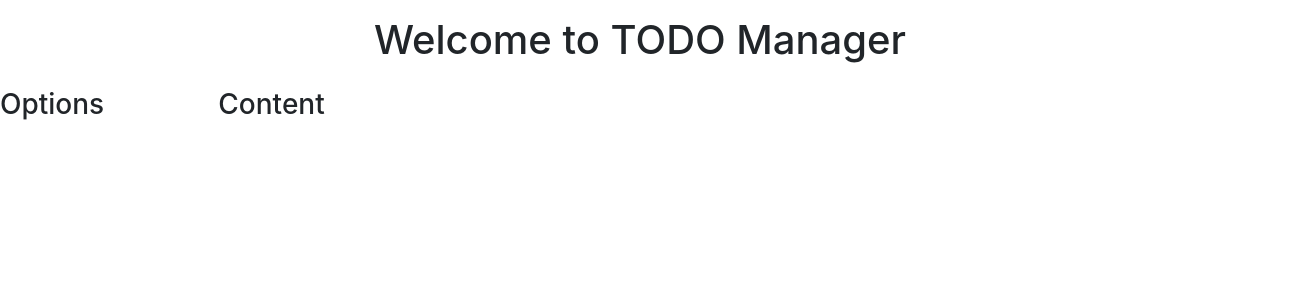
Repository: HarshViijay/spring-boot
Page: http://localhost/springmvcnew/home
These files come from the project's save history. The page is drawn as it stood at one moment and after the next save; the edit follows.
The browser window is 1280 px wide. The page is 1295 px wide, so the pictures cover 1295 px, including what lies to the right of the window. The pictures show the whole page.
Some web libraries are served in a nearby version. The page is served by Tomcat 9. Other server files are loaded and not shown.

Above is the page before, as saved 2023-03-11 18:13:48.

### springmvcnew/src/main/webapp/WEB-INF/pages/home.jsp
<%@ page language="java" contentType="text/html; charset=UTF-8"
	pageEncoding="UTF-8"%>
<!doctype html>
<html lang="en">
<head>
<!-- Required meta tags -->
<meta charset="utf-8">
<meta name="viewport"
	content="width=device-width, initial-scale=1, shrink-to-fit=no">

<!-- Bootstrap CSS -->
<link rel="stylesheet"
	href="https://cdn.jsdelivr.net/npm/bootstrap@4.0.0/dist/css/bootstrap.min.css"
	integrity="sha384-Gn5384xqQ1aoWXA+058RXPxPg6fy4IWvTNh0E263XmFcJlSAwiGgFAW/dAiS6JXm"
	crossorigin="anonymous">

<title>Our ToDo App</title>
</head>
<body>

	<div class="cotainer mt-3 ">
		<h1 class="text-center">Welcome to TODO Manager</h1>

		<div class="row mt-4">

			<div class="col-md-2">
				<h3>Options</h3>
			</div>

			<div class="col-md-10">
				<h3>Content</h3>
			</div>
		</div>
	</div>


	<!-- Optional JavaScript -->
	<!-- jQuery first, then Popper.js, then Bootstrap JS -->
	<script src="https://code.jquery.com/jquery-3.2.1.slim.min.js"
		integrity="sha384-KJ3o2DKtIkvYIK3UENzmM7KCkRr/rE9/Qpg6aAZGJwFDMVNA/GpGFF93hXpG5KkN"
		crossorigin="anonymous"></script>
	<script
		src="https://cdn.jsdelivr.net/npm/popper.js@1.12.9/dist/umd/popper.min.js"
		integrity="sha384-ApNbgh9B+Y1QKtv3Rn7W3mgPxhU9K/ScQsAP7hUibX39j7fakFPskvXusvfa0b4Q"
		crossorigin="anonymous"></script>
	<script
		src="https://cdn.jsdelivr.net/npm/bootstrap@4.0.0/dist/js/bootstrap.min.js"
		integrity="sha384-JZR6Spejh4U02d8jOt6vLEHfe/JQGiRRSQQxSfFWpi1MquVdAyjUar5+76PVCmYl"
		crossorigin="anonymous"></script>
</body>
</html>

After the next save:
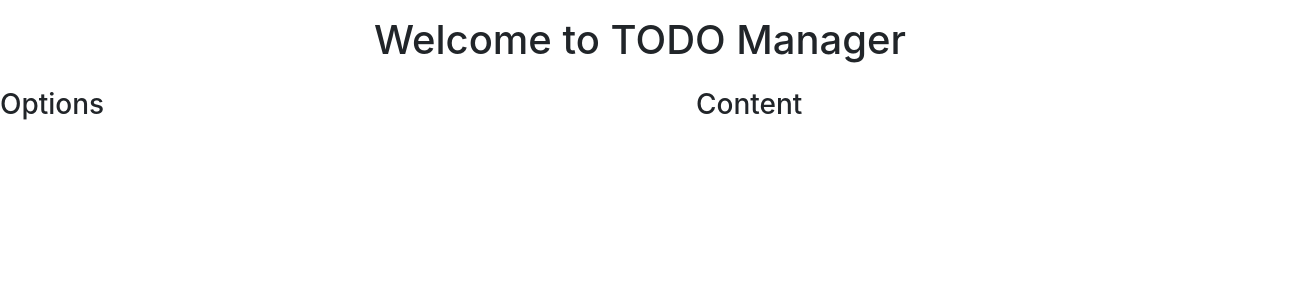
Saved 28 s later.
--- a/springmvcnew/src/main/webapp/WEB-INF/pages/home.jsp
+++ b/springmvcnew/src/main/webapp/WEB-INF/pages/home.jsp
@@ -28,7 +28,7 @@
 			</div>
 
 			<div class="col-md-10">
-				<h3>Content</h3>
+				<h3 class="text-center">Content</h3>
 			</div>
 		</div>
 	</div>
